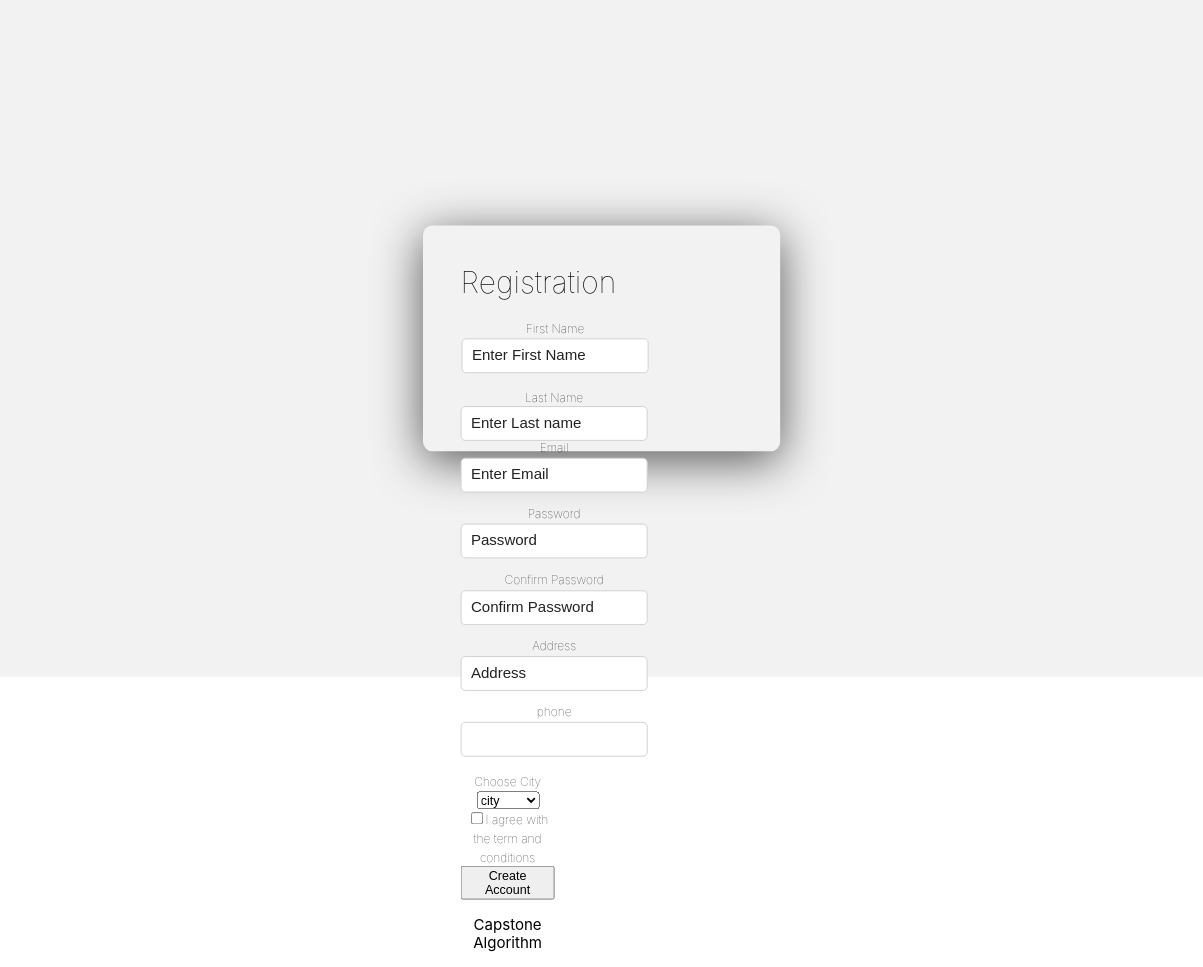
Repository: Fortune-Labs/Event-management-system-CapstoneG3
Page: / (app in frontend/)
The author's editor kept a copy of each file at every save. The page is drawn from the files as they stood at one save, then again after the next save.
The browser window is 1280 px wide. The pictures show the whole page, at 94% of full size.
The project was rebuilt for these pictures with package versions that can differ from the ones it lists, and the page was loaded fresh each time.

Above is the page before, as saved 2020-09-02 23:44:16.

### frontend/src/App.js
import React from "react";
import "./App.css";
import Register from "./components/LoginSignup/register";

function App() {
  return (
    <div className="App">
      <Register />
    </div>
  );
}

export default App;

### frontend/src/components/LoginSignup/register.jsx
import React from "react";
import "./style.css";

export default class Register extends React.Component {
  constructor(props) {
    super(props);
  }

  render() {
    return (
      <div className="wrapper">
        <div className="form-wrapper">
          <h1>Registration</h1>
          <form onSubmit={this.handleSubmit} noValidate>
            <div className="firstName">
              <label htmlFor="firstName">First Name</label>
              <input
                type="text"
                name="firstName"
                placeholder="Enter First Name"
                noValidate
                onChange={this.handleChange}
              />
            </div>
            <div className="lastName">
              <label htmlFor="lastName">Last Name</label>
              <input
                type="text"
                name="lastName"
                placeholder="Enter Last name"
                noValidate
                onChange={this.handleChange}
              />
            </div>
            <div className="email">
              <label htmlFor="email">Email</label>
              <input
                type="text"
                name="email"
                placeholder="Enter Email"
                noValidate
                onChange={this.handleChange}
              />
            </div>
            <div className="password">
              <label htmlFor="password">Password</label>
              <input
                type="password"
                name="password"
                placeholder="Password"
                noValidate
                onChange={this.handleChange}
              />
            </div>
            <div className="cpassword">
              <label htmlFor="cpassword">Confirm Password</label>
              <input
                type="password"
                name="cpassword"
                placeholder="Confirm Password"
                noValidate
                onChange={this.handleChange}
              />
            </div>
            <div className="address">
              <label htmlFor="address">Address</label>
              <input
                type="text"
                name="address"
                placeholder="Address"
                noValidate
                onChange={this.handleChange}
              />
            </div>
            <div className="phone">
              <label htmlFor="phone">phone</label>
              <input
                type="phone"
                name="phone"
                placeholder=""
                noValidate
                onChange={this.handleChange}
              />
            </div>
            <div className="city">
              <label htmlFor="city">Choose City</label>
              <select
                id="city"
                name="city"
                noValidate
                onChange={this.handleChange}
              >
                <option value="" disabled selected hidden>
                  city
                </option>
                <option value="acc">Accra</option>
                <option value="tma">Tamale</option>
                <option value="ksi">Kumasi</option>
              </select>
            </div>
            <div>
              <label>
                <input name="agreement" type="checkbox" />I agree with the term
                and conditions
              </label>
            </div>

            <div>
              <button onClick={this.register} type="submit" className="btn">
                Create Account
              </button>
            </div>
            <div>
              <p>Capstone Algorithm</p>
            </div>
          </form>
        </div>
      </div>
    );
  }
}

### frontend/src/components/LoginSignup/style.css
.wrapper {
  height: 100vh;
  width: 100%;
  display: flex;
  flex-direction: column;
  justify-content: center;
  align-items: center;
  background-color: hsl(0, 0%, 95%);
}

.form-wrapper {
  width: 300px;
  height: 200px;
  display: flex;
  flex-direction: column;
  padding: 20px 40px;
  border-radius: 10px;
  box-shadow: 0px 10px 50px #555;
}

form {
  width: 100px;
  display: flex;
  flex-wrap: wrap;
}
h1 {
  text-align: center;
  width: 100px;
  font-weight: lighter;
  font-family: -apple-system, BlinkMacSystemFont, "Segoe UI", Roboto, Oxygen,
    Ubuntu, Cantarell, "Open Sans", "Helvetica Neue", sans-serif;
}

label {
  font-size: 0.8em;
  margin-bottom: 0.25em;
  color: #222;
  font-weight: lighter;
}

input {
  padding: 10px 10px;
  border-radius: 5px;
  outline: none;
  border: 1px solid #cfcfcf;
}

input::placeholder {
  font-size: 1.2em;
  font-weight: lighter;
  color: #222;
}

input.error {
  border: 1px solid red;
}

.errorMessage {
  color: red;
  font-size: 0.57em;
  display: relative;
}

.firstName {
  margin-right: 1%;
}
.firstName {
  margin-left: 1%;
}

.firstName,
.lastname,
.email,
.password,
.cpassword,
.phone,
.address {
  display: flex;
  flex-direction: column;
  margin-bottom: 15px;
}

Loaded but not shown: frontend/public/index.html (common file); frontend/src/index.js (common file); frontend/src/index.css (common file); frontend/src/serviceWorker.js (common file); frontend/src/App.css (common file)

After the next save:
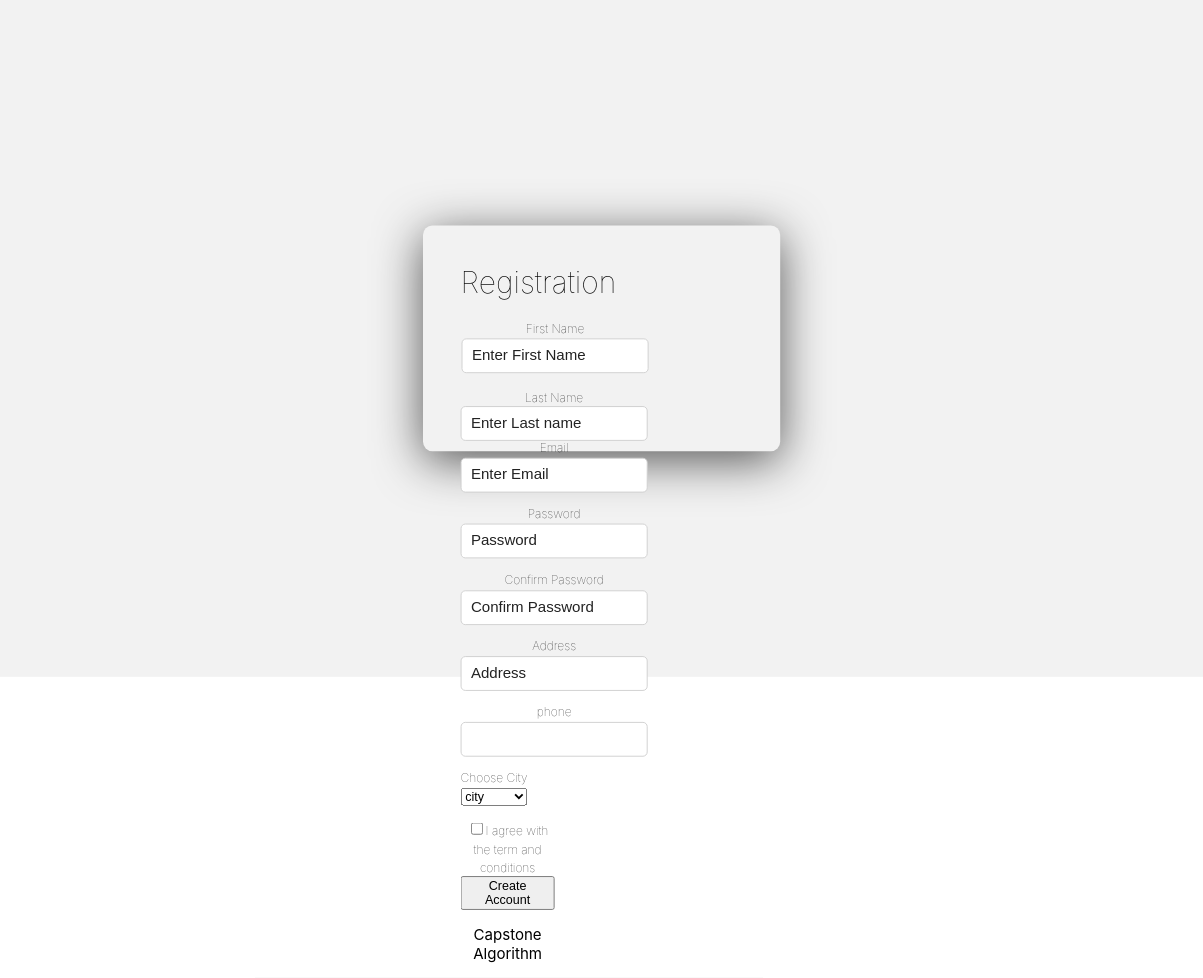
Saved 54 s later.
--- a/frontend/src/components/LoginSignup/style.css
+++ b/frontend/src/components/LoginSignup/style.css
@@ -74,7 +74,8 @@ input.error {
 .password,
 .cpassword,
 .phone,
-.address {
+.address,
+.city {
   display: flex;
   flex-direction: column;
   margin-bottom: 15px;
